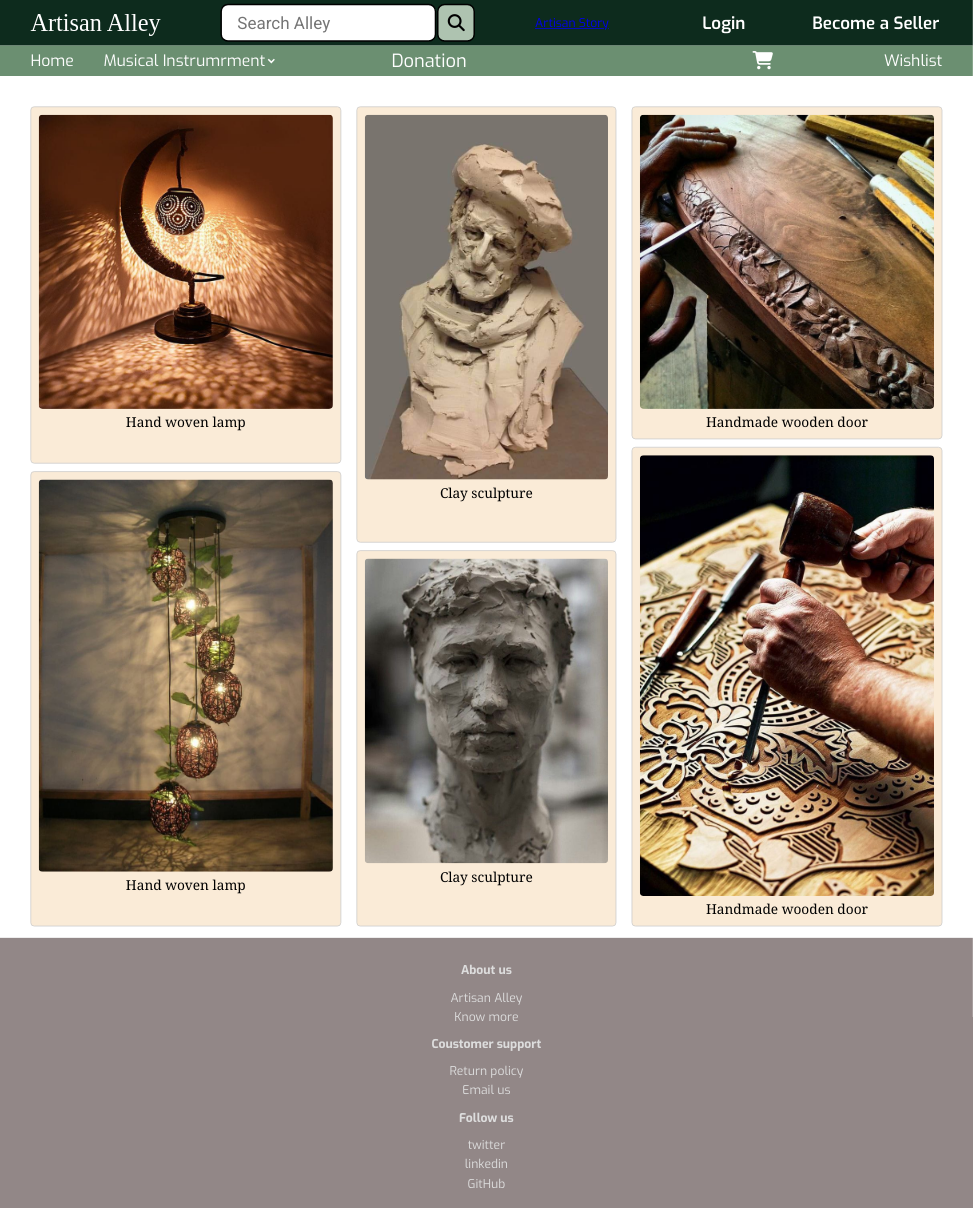
Repository: RingkhangBTY/Bytehacks_Hackathon_Project
Page: index.html
An editor plug-in stored every save of this project. The page is shown before and after the next save, followed by the edit.
The browser window is 1280 px wide. The pictures show the whole page, at 76% of full size.
Some web fonts or font styles are not loaded; a fallback is used.

Above is the page before, as saved 2024-11-27 04:34:50.

### index.html
<!DOCTYPE html>
<html lang="en">
  <head>
    <meta charset="UTF-8" />
    <meta name="viewport" content="width=device-width, initial-scale=1.0" />
    <link rel="stylesheet" href="style.css" />
    <link
      rel="stylesheet"
      href="https://cdnjs.cloudflare.com/ajax/libs/font-awesome/6.7.1/css/all.min.css"
      integrity="sha512-5Hs3dF2AEPkpNAR7UiOHba+lRSJNeM2ECkwxUIxC1Q/FLycGTbNapWXB4tP889k5T5Ju8fs4b1P5z/iB4nMfSQ=="
      crossorigin="anonymous"
      referrerpolicy="no-referrer"
    />
    <title>Artisan Alley</title>
  </head>
  <body>
    <header>
      <div class="split-div">
        <div class="half half-top">
          <a href="index.html" class="logo">Artisan Alley</a>

          <div class="searchdiv">
            <input
              type="text"
              placeholder="Search Alley"
              class="searchbar"
              id=""
            />

            <div class="search-icon">
              <button class="alley-search">
                <i class="fa-solid fa-magnifying-glass"></i>
              </button>
            </div>
          </div>

          <div class="artisan-story">
              <a href="artisan-story.html" class="srory">Artisan Story</a>
          </div>

          <div class="login-and-seller">
            <a href="login/login.html" class="account-login login" id="">Login</a>
            <a href="" class="seller-login login" id="">Become a Seller</a>
          </div>
        </div>

        <div class="half half-bottom">
          <div class="home-and-categories nav2">
            <a href="index.html" class="home">Home</a>

            <label for="categories"></label>
            <select id="categories" class="categories">
              <option value="" disabled selected>Categories</option>
              <option value="" selected>Painting</option>
              <option value="" selected>Sculpture</option>
              <option value="" selected>Drawing</option>
              <option value="" selected>Handcraft</option>
              <option value="" selected>Musical Instrumrment</option>
            </select>
          </div>

          <div class="donation-container nav2">
            <a class="donation" href="donation.html">Donation</a>
          </div>

          <div class="cart-wishlist nav2">
            <a href="https://www.flipkart.com/" class="cart" id=""
              ><i class="fa-solid fa-cart-shopping"></i
            ></a>

            <button class="wishlist" id="">Wishlist</button>
          </div>
        </div>
      </div>
    </header>

    <main>
      <div class="products">
        <div class="left-container">
          <div class="grid-layout">
              <div class="grid-item">
                <img src="image/Hand woven lamp1.jpg" alt="">
                <p>Hand woven lamp</p>
              </div>
              <div class="grid-item">
                <img src="image/Hand woven lamp2.jpg" alt="">
                <p>Hand woven lamp</p>
              </div>
          </div>
        </div>
        <div class="middle-container">
          <div class="grid-layout">
              <div class="grid-item">
                <img src="image/Clay sculpture1.jpg" alt="">
                <p>Clay sculpture</p>
              </div>
              <div class="grid-item">
                <img src="image/Clay sculpture2.jpg" alt="">
                <p>Clay sculpture</p>
              </div>
          </div>
        </div>
        <div class="right-container">
          <div class="grid-layout">
              <div class="grid-item">
                <img src="image/Handmade wooden door design1.jpg" alt="image">
                <p>Handmade wooden door</p>
              </div>
              <div class="grid-item">
                <img src="image/Handmade wooden door design2.jpg" alt="image">
                <p>Handmade wooden door</p>
              </div>
          </div>
        </div>
      </div>
    </main>

    <footer>
        <div class="foooter-container">
          <div class="imfo-container">
            <h6>About us</h6>
            <p>Artisan Alley</p>
            <p>Know more</p>
          </div>

          <div class="imfo-container">
            <h6>Coustomer support</h6>
            <p>Return policy</p>
            <a href="mailto:ringkhangb913@gmail.com">Email us</a>
          </div>

          <div class="imfo-container">
            <h6>Follow us</h6>
            <a href="https://x.com/Ringkha68574745" target="_blank">twitter</a>
            <a href="https://www.linkedin.com/in/ringkhang-basumatary-2840b725b/" target="_blank">linkedin</a>
            <a href="https://github.com/RingkhangBTY/Bytehacks_Hackathon_Project" target="_blank">GitHub</a>
          </div>
        </div>
    </footer>
  </body>
</html>

### style.css
@import url("https://fonts.googleapis.com/css2?family=Roboto:ital,wght@0,100;0,300;0,400;0,500;0,700;0,900;1,100;1,300;1,400;1,500;1,700;1,900&display=swap");
@import url("https://fonts.googleapis.com/css2?family=Edu+AU+VIC+WA+NT+Pre:wght@400..700&display=swap");
@import url("https://fonts.googleapis.com/css2?family=Exo:ital,wght@0,100..900;1,100..900&display=swap");

* {
  margin: 0;
  padding: 0;
  box-sizing: border-box;
  font-family: Exo;
}

body {
  header {
    .split-div {
      width: 100%;
      height: 30%;

      .half {
        width: 100%;
      }

      .half-top {
        background-color: #0d2b1d;
        height: 70%;
        display: flex;
        justify-content: space-between;
        align-items: center;

        .logo {
          text-decoration: none;
          color: white;
          font-size: 2rem;
          font-family: Edu AU VIC WA NT Pre, cursive;
          font-weight: 500;
          margin-left: 40px;
        }

        .searchdiv {
          display: flex;

          .searchbar {
            height: 50px;
            width: 100%;
            border: black 2px solid;
            outline: none;
            border-radius: 10px;
            padding-left: 20px;
            font-size: 1.4rem;
            font-family: Roboto;
          }

          .alley-search {
            display: flex;
            justify-content: center;
            align-items: center;
            width: 50px;
            height: 50px;
            background-color: #aec3b0;
            border: 2px black solid;
            margin-left: 1px;
            border-radius: 10px;
            cursor: pointer;

            i {
              color: black;
              font-size: 1.4rem;
            }
          }
        }

        .artisan-story .story{
          color: white;
          font-size: 1.4rem;
          text-decoration: none;
          font-family: Exo;
          font-weight: 600;
        }

        .login-and-seller {
          height: 60px;
          width: 400px;
          display: flex;
          justify-content: space-around;
          align-items: center;
        }

        .login-and-seller .login {
          color: white;
          font-size: 1.4rem;
          text-decoration: none;
          font-family: Exo;
          font-weight: 600;
        }
      }

      .half-bottom {
        background-color: #6b8f71;
        height: 30%;
        display: flex;
        justify-content: space-between;
        align-items: center;

        .nav2 {
          height: 40px;
          width: 250px;
          display: flex;
          justify-content: space-between;
          align-items: center;
          margin-left: 40px;
          margin-right: 40px;

          .home {
            text-decoration: none;
            color: white;
            margin-right: 10%;
            font-size: 1.3rem;
          }

          .categories {
            height: 100%;
            padding-left: 10px;
            text-align: center;
            border: none;
            background: transparent;
            border-radius: 5px;
            outline: none;
            font-size: 1.3rem;
            color: #fdfdfd;
            cursor: pointer;
          }
          .categories option[selected]{
            margin-left: 20px;
            background-color: #e6f7ff;
            color: #2a2828;
          }

          .donation{
            display: block;
            text-decoration: none;
            font-size: 1.5rem;
            color: white;
          }

          .cart {
            text-decoration: none;
            font-size: 1.5rem;
            color: white;
          }

          .wishlist {
            height: 100%;
            border-radius: 5px;
            background: transparent;
            border: none;
            outline: none;
            font-size: 1.3rem;
            color: white;
          }
        }
      }
    }
  }
}

.products{
  display: flex;
  gap: 10px;
  margin: 10px;
}

.left-container,.middle-container,.right-container{
  display: flex;
  border-radius: 5px;
  padding: 5px;
  padding-top: 30px;
}
.left-container{
  padding-left: 30px;
}
.right-container{
  padding-right: 30px;
}
.grid-layout{
  display: grid;
  grid-template-rows: auto ;
  gap: 10px;
}
.grid-item{
  background-color: antiquewhite;
  border: 1px solid #ccc;
  width: 100%;
  border-radius: 5px;
  text-align: center;
  padding: 10px;
  padding-bottom: 10px;
}
.grid-item img{
  width: 100%;
  height: auto;
  border-radius: 5px;
}
.grid-item p{
  font-size: large;
  font-family: Cambria, Cochin, Georgia, Times, 'Times New Roman', serif;
}

footer{
  background-color: #928787;
  color: #fff;
  padding: 20px 40px;
  text-align: center;
}

.footer-container{
  display: flex;
  justify-content: space-between;
  align-items: center;
  gap: 20px;
  max-width: 1200px;
  margin: 0 auto;
  padding-left: 20%;
  padding-right: 20%;
}

.imfo-container h6{
  display: flex;
  flex-direction: column;
  font-size: 1rem;
  line-height: 1.6rem;
  display: flex;
  flex-direction: column;
  align-items: center;
  color: #ddd;
  margin: 10px auto;
}
.imfo-container  p, .imfo-container a{
  font-size: 1rem;
  line-height: 1.6rem;
  color: #ddd;
  text-decoration: none;
  display: block;
}

After the next save:
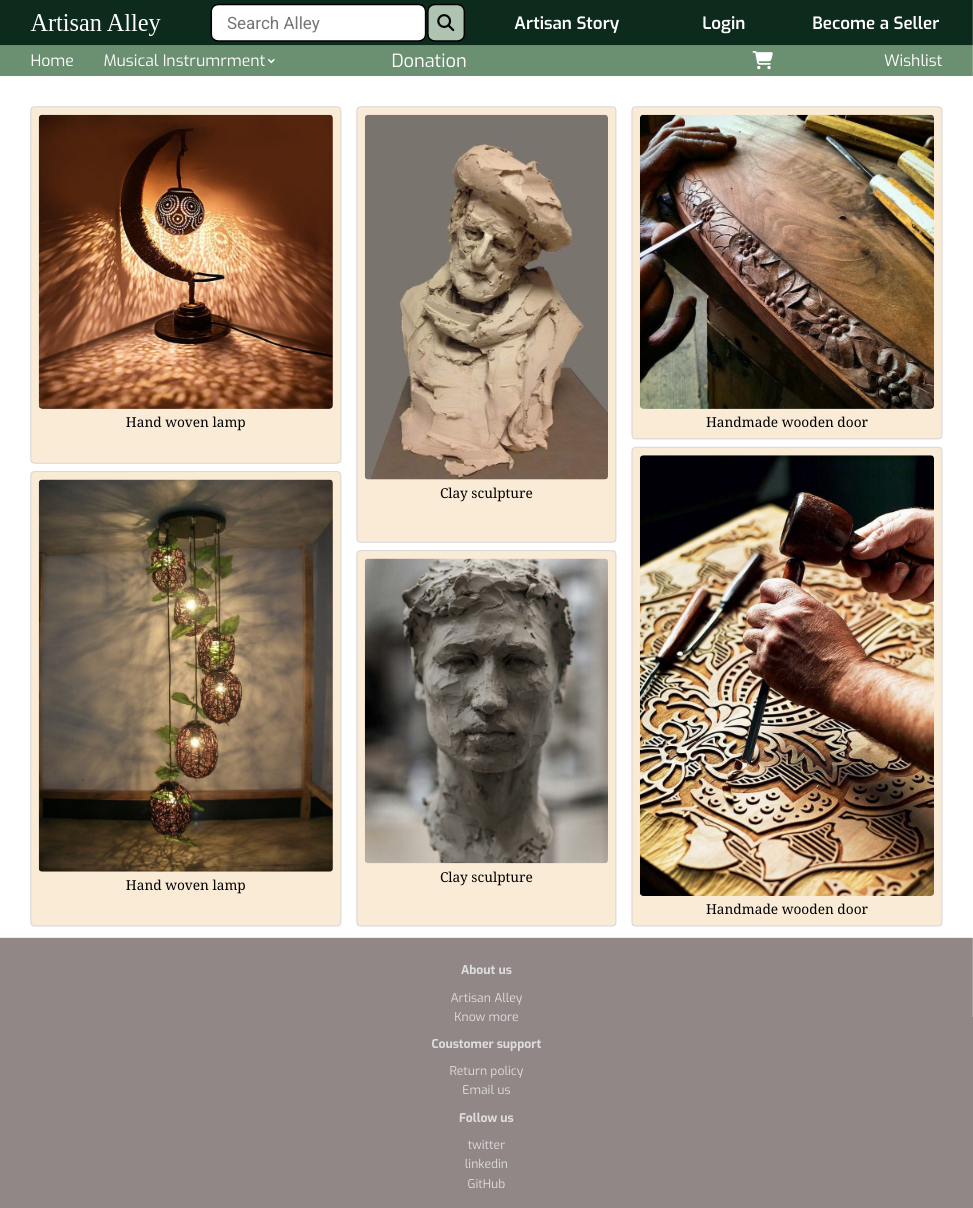
Saved 34 s later.
--- a/index.html
+++ b/index.html
@@ -35,7 +35,7 @@
           </div>
 
           <div class="artisan-story">
-              <a href="artisan-story.html" class="srory">Artisan Story</a>
+            <a href="artisan-story.html" class="story" id="">Artisan Story</a>
           </div>
 
           <div class="login-and-seller">
